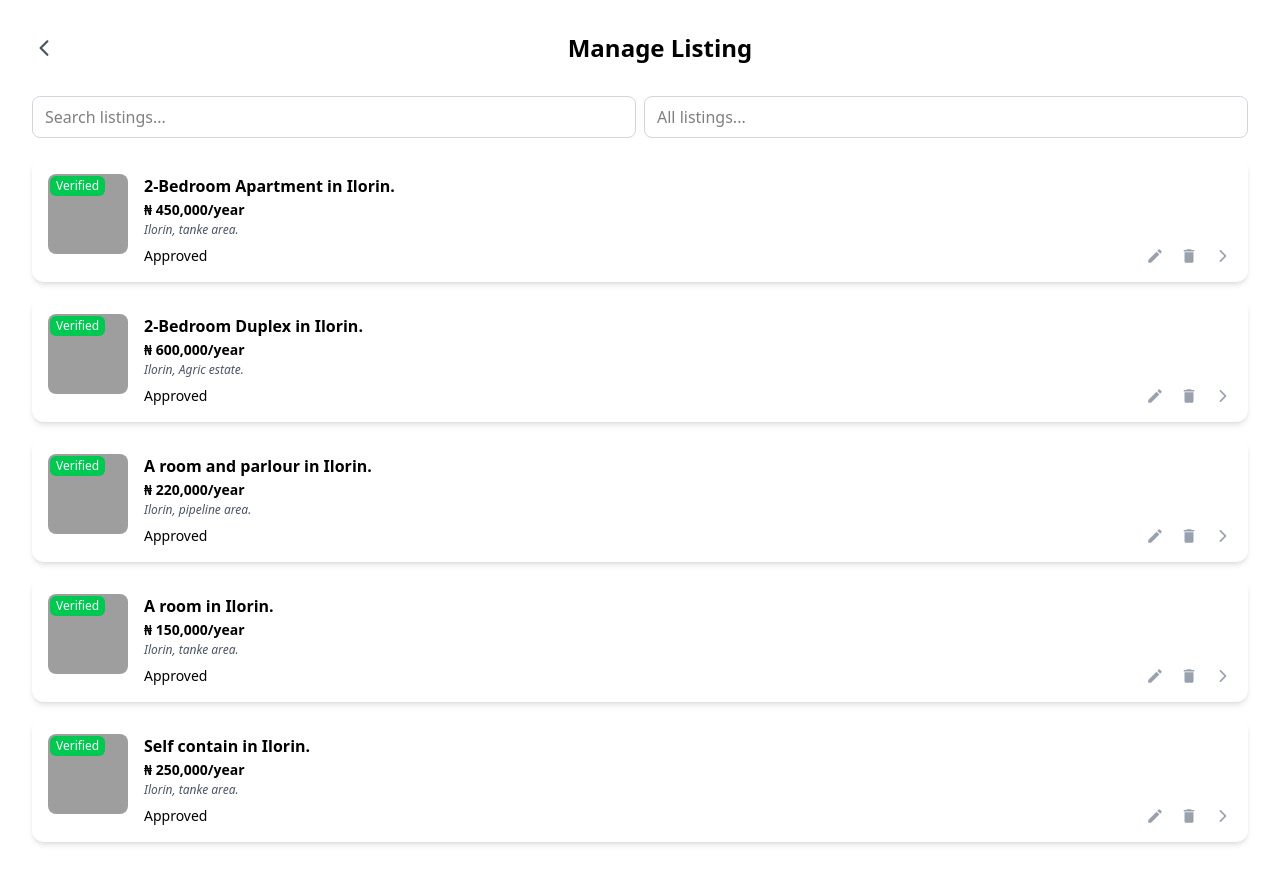
Repository: Em-driod/spotify-clone
Page: /Manage
These files come from the project's save history. The page is drawn as it stood at one moment and after the next save; the edit follows.
The browser window is 1280 px wide. The pictures show the whole page.
Pictures or frames that could not be fetched are drawn as grey boxes. The project was rebuilt for these pictures with package versions that can differ from the ones it lists, and the page was loaded fresh each time. Also part of the build but not shown: vite.config.ts, src/pages/veryify.tsx, src/pages/LandingPage.tsx, src/pages/Back.tsx, src/pages/Change.tsx, src/pages/onboard.tsx, src/pages/Skips.tsx, src/pages/Otp.tsx and 6 more.

Above is the page before, as saved 2025-07-09 17:29:40.

After the next save:
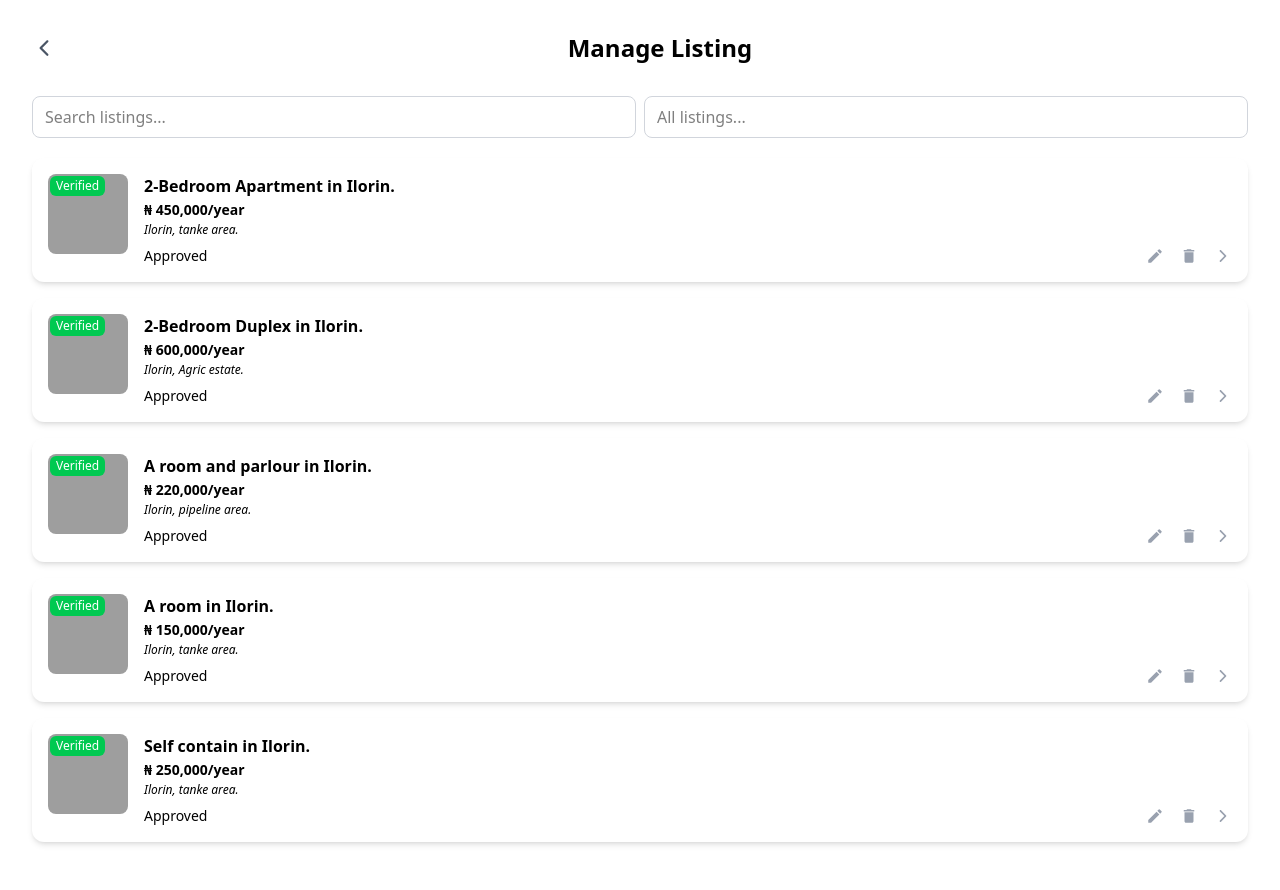
Saved 30 s later.
--- a/src/pages/Manage.tsx
+++ b/src/pages/Manage.tsx
@@ -158,7 +158,7 @@ const Manage: React.FC = () => {
                 {/* Text sizes adjusted for mobile */}
                 <h3 className="text-sm font-bold mb-0.5 break-words sm:text-base">{listing.type}</h3>
                 <p className="text-xs text-black font-bold mb-0.5 sm:text-sm">{listing.price}</p>
-                <p className="text-[0.7rem] text-gray-600 italic mb-1 sm:text-xs">{listing.location}</p>
+                <p className="text-[0.7rem] text-black italic mb-1 sm:text-xs">{listing.location}</p>
                 <div className="flex items-center justify-between mt-1 sm:mt-2">
                   <p className="text-xs text-black  sm:text-sm">{listing.status}</p>
                   <div className="flex items-center space-x-3 sm:space-x-4"> {/* Adjusted spacing for actions */}
